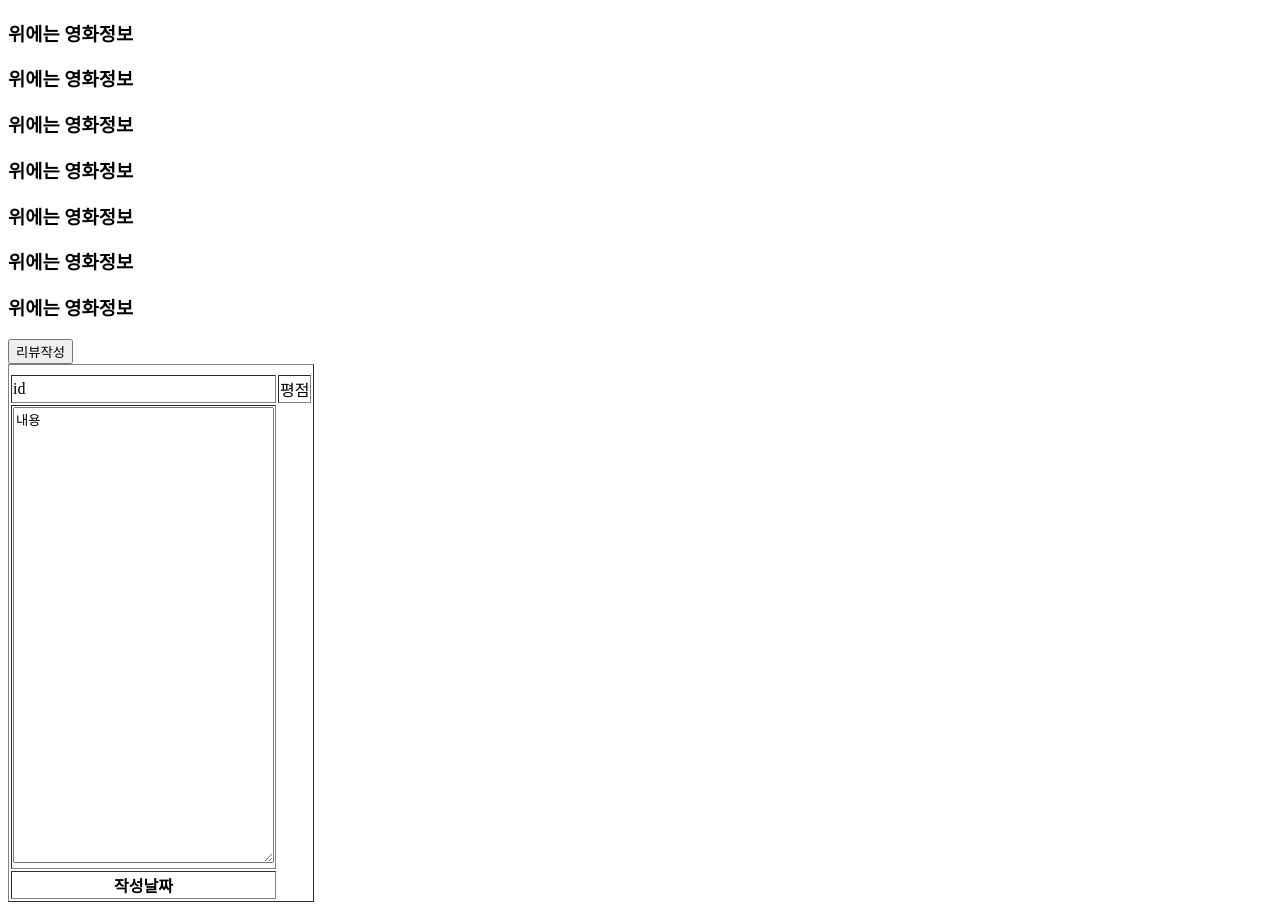
Repository: homerking-092/project
Page: http://localhost/MovieProject/review/review_list.jsp
These files come from the project's save history. The page is drawn as it stood at one moment and after the next save; the edit follows.
The browser window is 1280 px wide. The pictures show the whole page.
The page is served by Tomcat 9.

Above is the page before, as saved 2021-08-15 09:02:43.

After the next save:
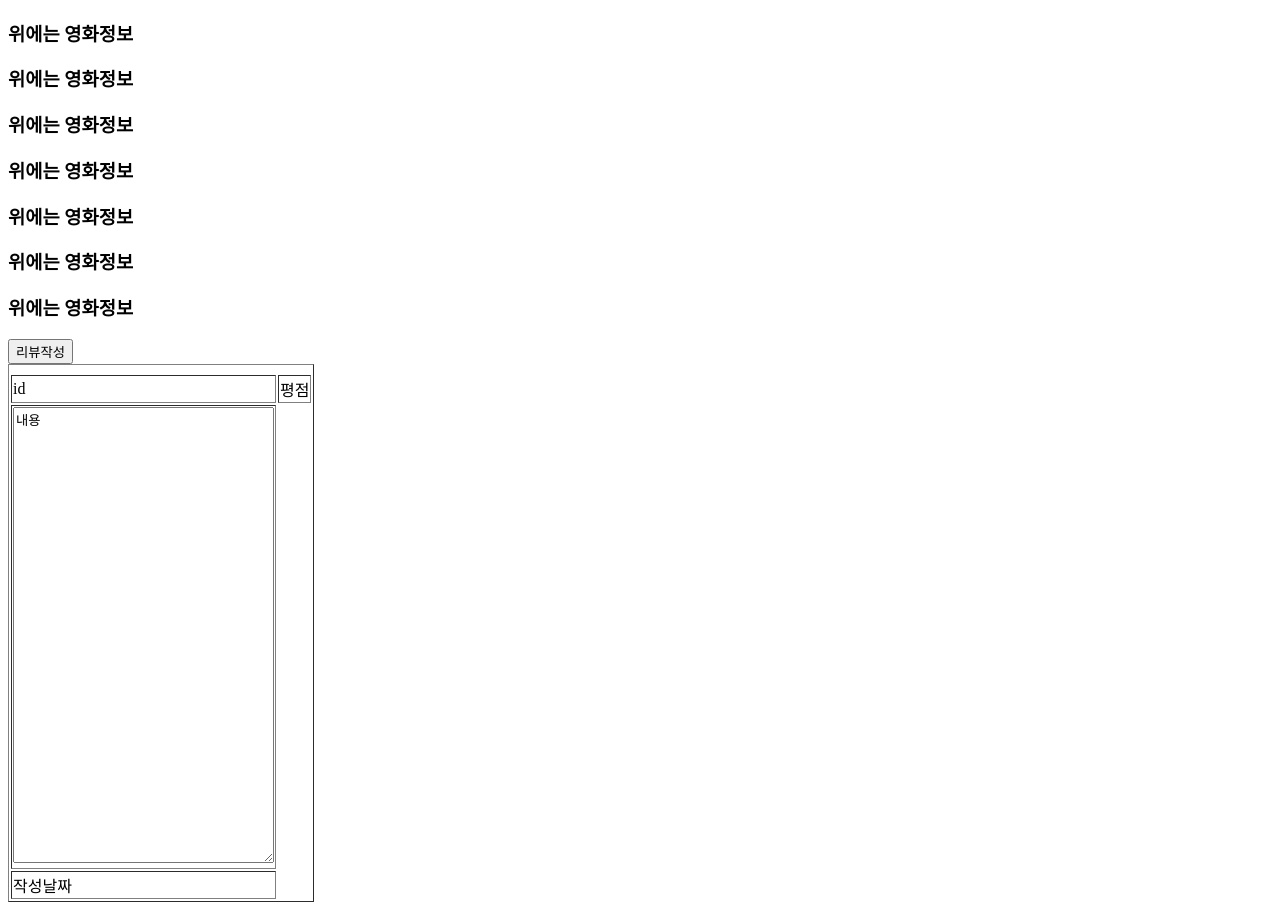
Saved 34 s later.
--- a/MovieProject/WebContent/review/review_list.jsp
+++ b/MovieProject/WebContent/review/review_list.jsp
@@ -27,16 +27,16 @@
 
 		<tr>
 
-			<td>id</dh>
+			<td>id</td>
 			<td>평점</td>
 
 		</tr>
 		<tr>
-			<th><textarea rows="30" cols="30">내용</textarea></th>
+			<td><textarea rows="30" cols="30">내용</textarea></td>
 
 		</tr>
 		<tr>
-			<th>작성날짜</th>
+			<td>작성날짜</td>
 
 		</tr>
 
